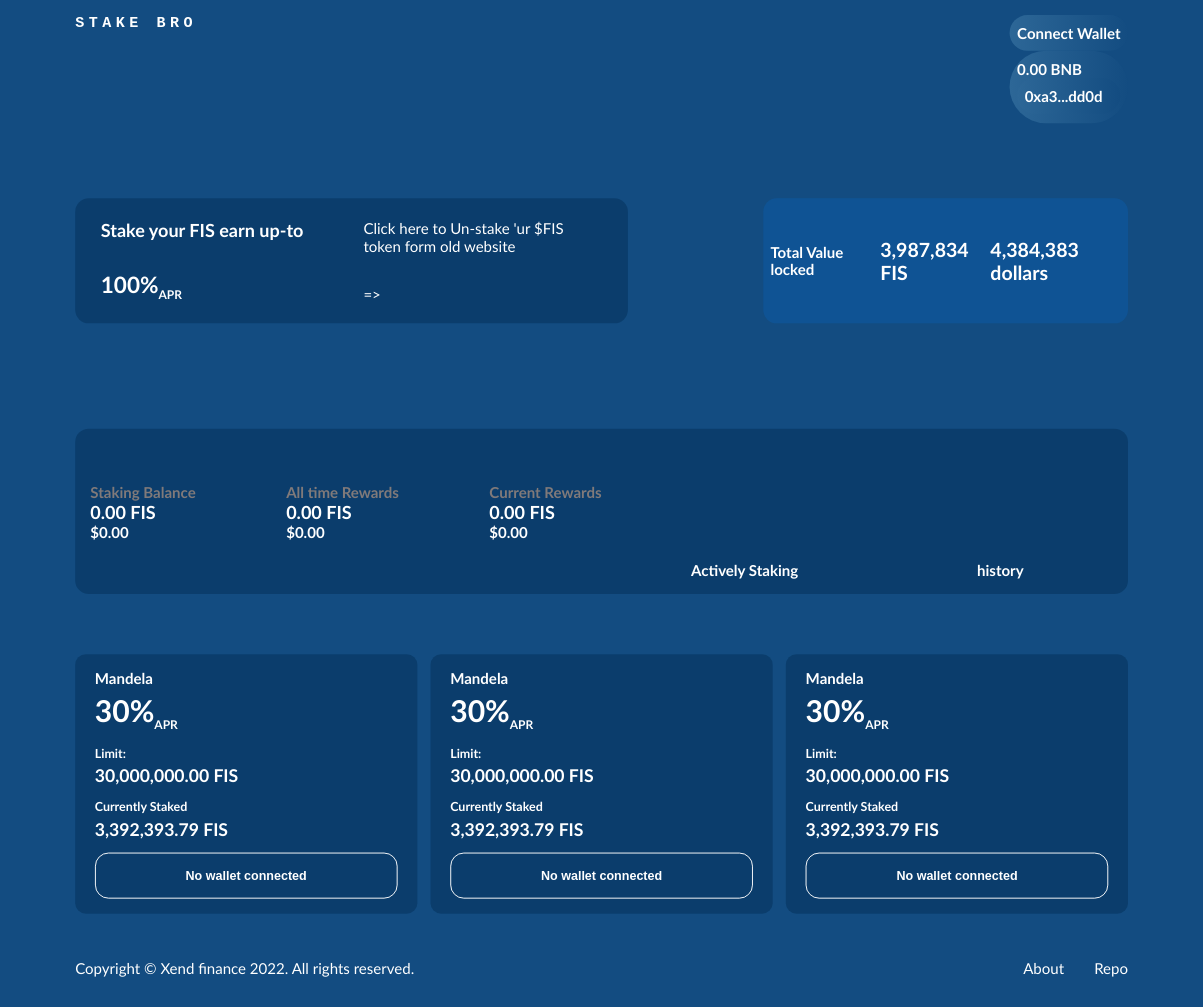
Repository: NorVirae/Stake
Page: /
These files come from the project's save history. The page is drawn as it stood at one moment and after a run of saves; the edit follows.
The browser window is 1280 px wide. The pictures show the whole page, at 94% of full size.
The project was rebuilt for these pictures with package versions that can differ from the ones it lists, and the page was loaded fresh each time.

Above is the page before, as saved 2022-04-18 02:52:17.

After the next 10 saves:
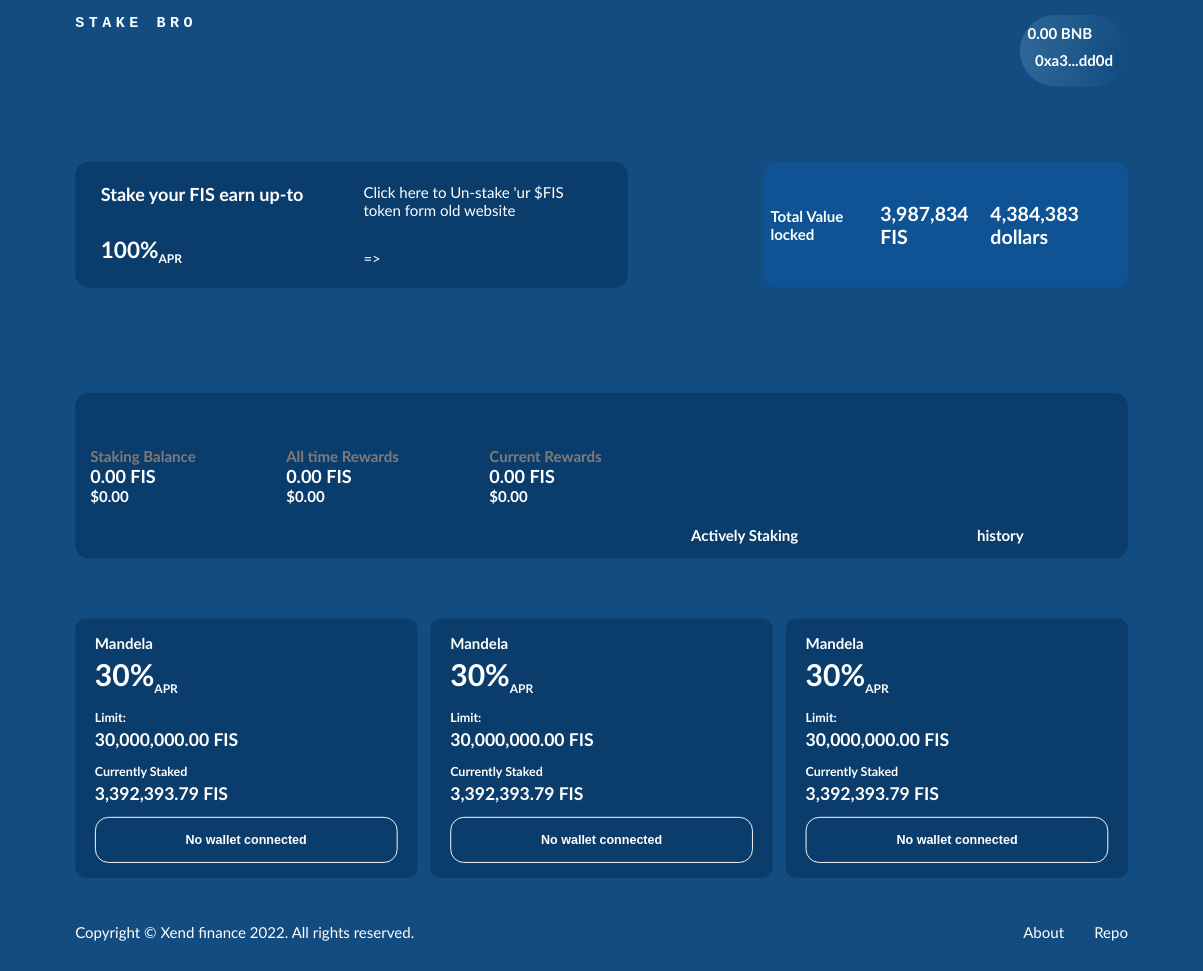
The 10 saves are shown as one change because 3 did not build or start and some came seconds apart.
The last was saved 54 s later.
--- a/src/App.tsx
+++ b/src/App.tsx
@@ -12,8 +12,9 @@ function App() {
         <nav>
             <a href='logo' className='logo'>Stake Bro</a>
             <ul>
-              <li className='connect-wallet-btn'>Connect Wallet</li>
-              <li className='connect-wallet-btn'>0.00 BNB <li className='connect-wallet-btn'>0xa3...dd0d</li></li>
+              {isWalletConnected?
+              <li className='connect-wallet-btn'>Connect Wallet</li>:
+              <li className='connect-wallet-btn'>0.00 BNB <li className='connect-wallet-btn'>0xa3...dd0d</li></li>}
 
             </ul>
         </nav>
